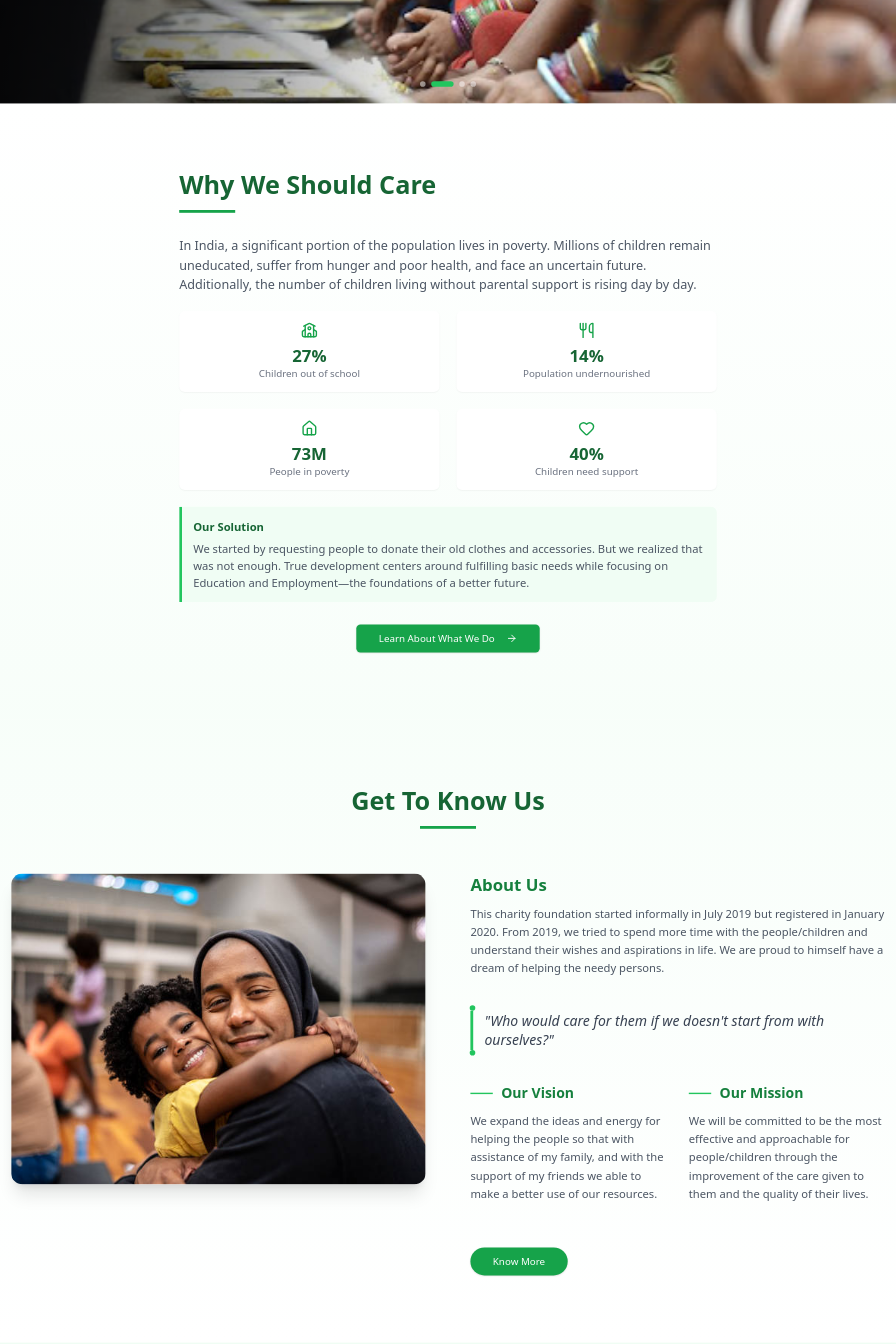
Repository: rajukumar2003/chandra-foundation
Page: /
An editor plug-in stored every save of this project. The page is shown before and after a run of saves, followed by the edit.
The browser window is 1280 px wide. The pictures show the part of the page from y = 520 to 2440 px (the page is 7743 px tall before and 7775 px after), at 70% of full size.
The project was rebuilt for these pictures with package versions that can differ from the ones it lists, and the page was loaded fresh each time. The framework's server and built-in components were replaced by stand-ins that run in the browser. Also part of the build but not shown: next.config.ts.

Above is the page before, as saved 2024-12-17 16:24:06.

After the next 2 saves:
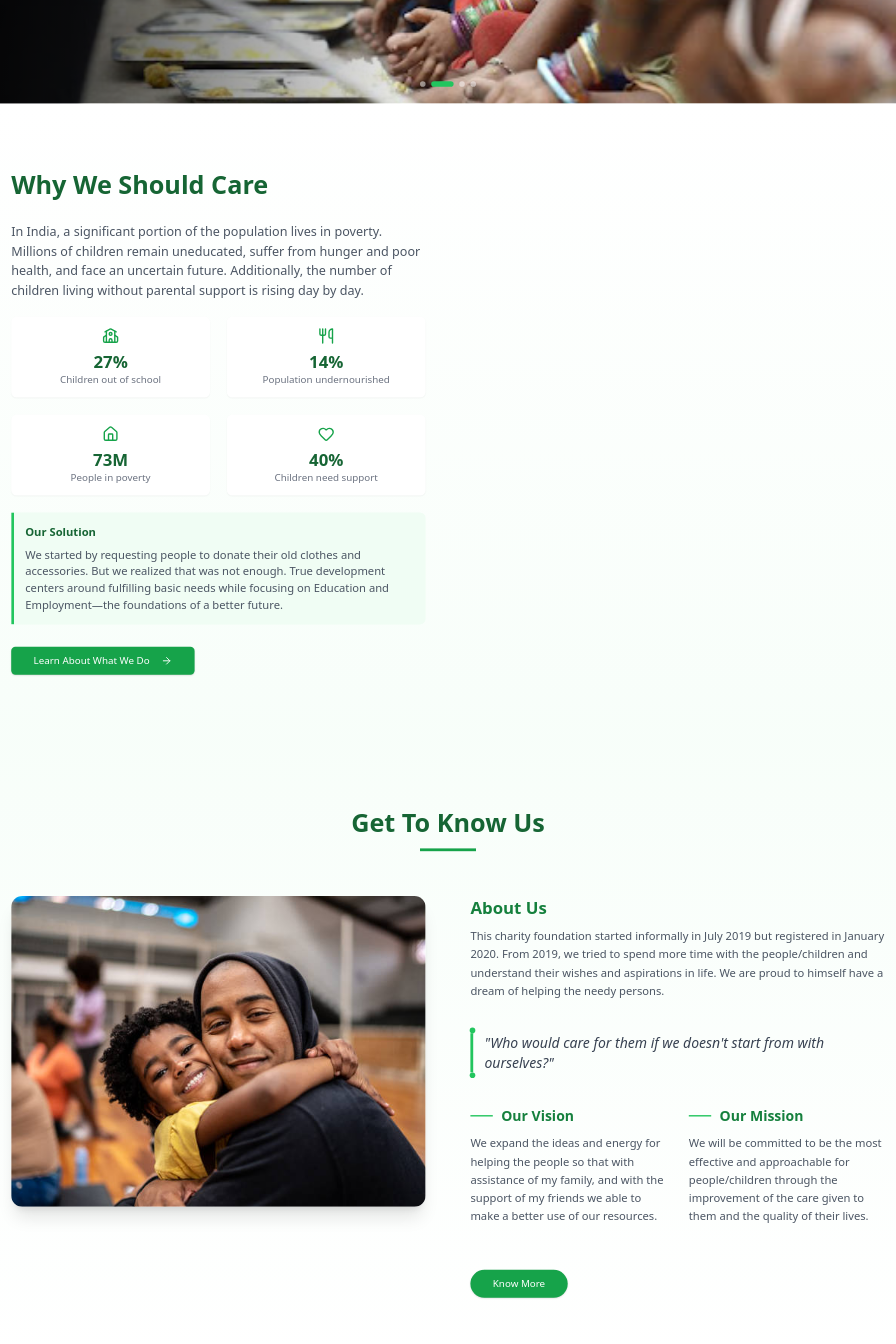
The 2 saves are shown as one change because they came seconds apart.
The last was saved 8 s later.
--- a/app/components/WhyCare.tsx
+++ b/app/components/WhyCare.tsx
@@ -2,6 +2,7 @@
 
 import { motion } from "framer-motion"
 import { Button } from "@/components/ui/button"
+import Image from "next/image"
 import { ArrowRight, School, Home, Heart, Utensils } from 'lucide-react'
 
 const statistics = [
@@ -32,20 +33,20 @@
     <section className="py-24 bg-gradient-to-b from-white to-green-50/50">
       <div className="container mx-auto px-4">
         <div className="max-w-7xl mx-auto">
-          <div className="w-full">
+          <div className="grid lg:grid-cols-2 gap-12 lg:gap-16 items-center">
             {/* Content Side */}
             <motion.div
               initial={{ opacity: 0, y: 20 }}
               whileInView={{ opacity: 1, y: 0 }}
               viewport={{ once: true }}
               transition={{ duration: 0.6 }}
-              className="space-y-8 max-w-3xl mx-auto"
+              className="space-y-8"
             >
               <div>
                 <h2 className="text-3xl md:text-4xl font-bold text-green-800 mb-4">
                   Why We Should Care
                 </h2>
-                <div className="w-20 h-1 bg-green-600"></div>
+                {/* <div className="w-20 h-1 bg-green-600"></div> */}
               </div>
 
               <div className="space-y-6 text-gray-600">
@@ -83,16 +84,37 @@
                 </div>
               </div>
 
-              <div className="text-center">
-                <Button
-                  size="lg"
-                  className="bg-green-600 hover:bg-green-700 text-white group"
-                >
-                  Learn About What We Do
-                  <ArrowRight className="ml-2 h-4 w-4 transition-transform group-hover:translate-x-1" />
-                </Button>
+              <Button
+                size="lg"
+                className="bg-green-600 hover:bg-green-700 text-white group"
+              >
+                Learn About What We Do
+                <ArrowRight className="ml-2 h-4 w-4 transition-transform group-hover:translate-x-1" />
+              </Button>
+            </motion.div>
+
+            {/* Image Side */}
+            {/* <motion.div
+              initial={{ opacity: 0, scale: 0.95 }}
+              whileInView={{ opacity: 1, scale: 1 }}
+              viewport={{ once: true }}
+              transition={{ duration: 0.6 }}
+              className="relative"
+            >
+              <div className="relative aspect-[4/3] rounded-2xl overflow-hidden shadow-2xl">
+                <Image
+                  src="/images/children-education.jpg"
+                  alt="Children in need of support"
+                  fill
+                  className="object-cover"
+                />
+                <div className="absolute inset-0 bg-gradient-to-t from-black/50 to-transparent" />
+                <div className="absolute bottom-0 left-0 right-0 p-6 text-white">
+                  <div className="text-sm font-medium mb-2">But together we can achieve</div>
+                  <div className="text-2xl font-bold">A Better Future For All</div>
+                </div>
               </div>
-            </motion.div>
+            </motion.div> */}
           </div>
         </div>
       </div>
